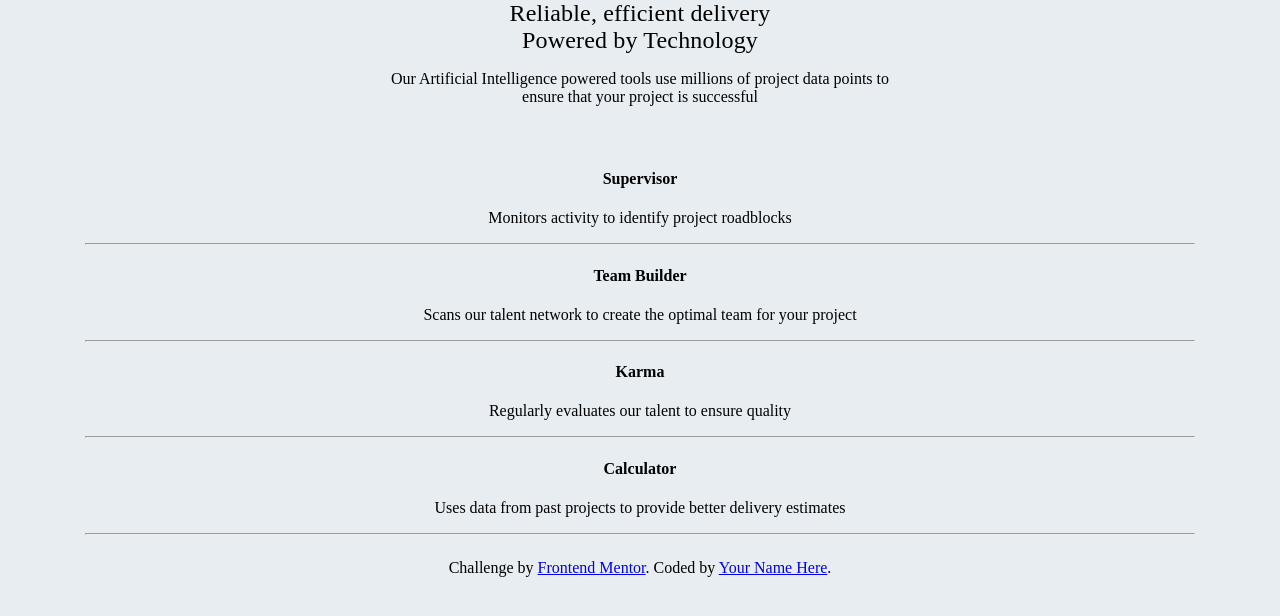
Repository: AngelaMwelu/four-card-page
Page: index.html
The author's editor kept a copy of each file at every save. The page is drawn from the files as they stood at one save, then again after a run of saves.
The browser window is 1280 px wide. The pictures show the whole page.

Above is the page before, as saved 2025-05-15 15:38:36.

After the next 2 saves:
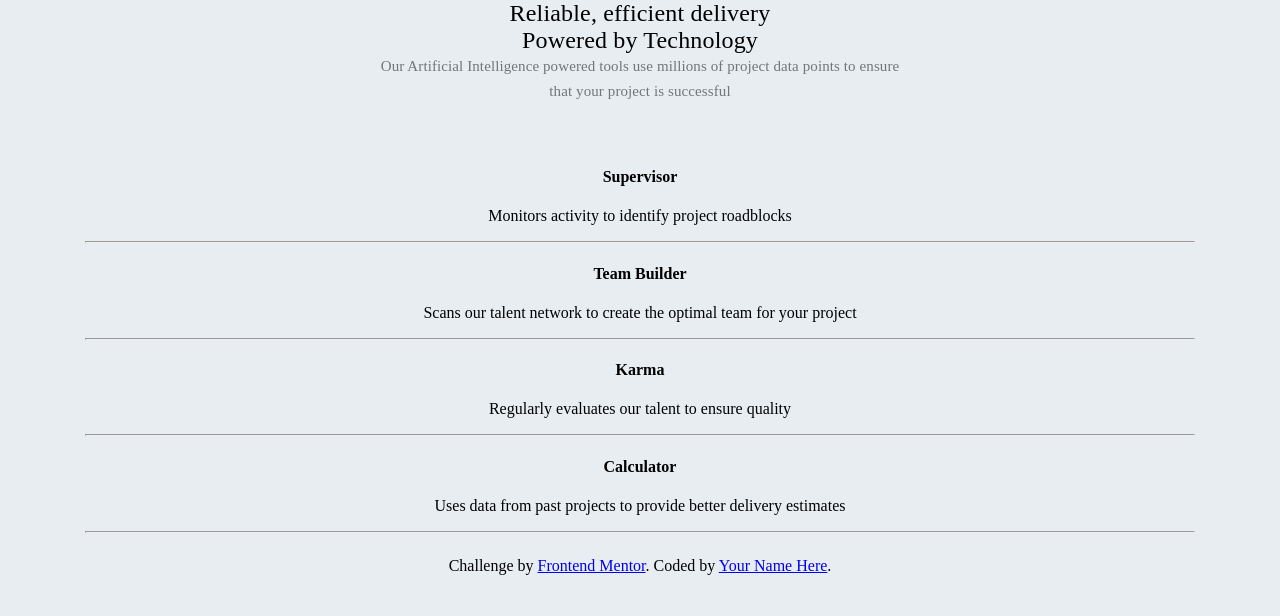
The 2 saves are shown as one change because they came seconds apart.
The last was saved 2 min 9 s later.
--- a/style.css
+++ b/style.css
@@ -29,3 +29,10 @@ body{
   letter-spacing: 0.17px;
   margin: 0;
 }
+.about p {
+  font-size: 15px;
+  line-height: 25px;
+  letter-spacing: 0.1px;
+  opacity: 0.5;
+  margin: 0;
+}
